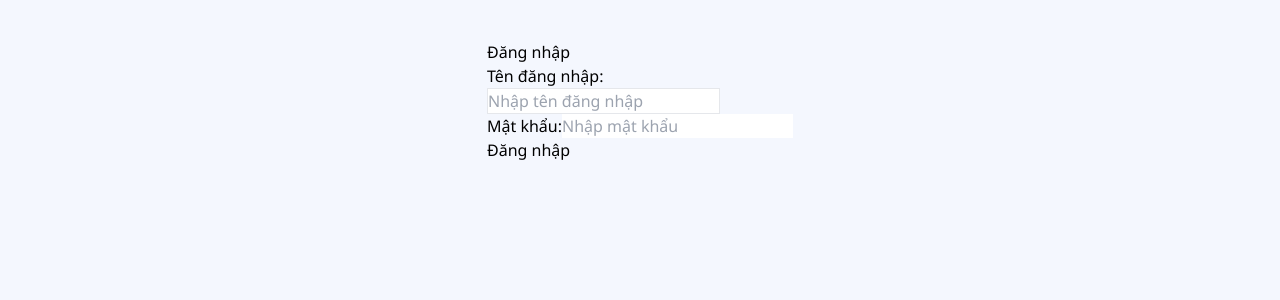
Repository: phuc258/BTVN03-REACT03
Page: /login
An editor plug-in stored every save of this project. The page is shown before and after the next save, followed by the edit.
The browser window is 1280 px wide. The pictures show the whole page.
The project was rebuilt for these pictures with package versions that can differ from the ones it lists, and the page was loaded fresh each time. Also part of the build but not shown: vite.config.ts, src/pages/NotFoundPage.tsx, src/pages/TodoPage.tsx, src/routes/PrivateRoute.tsx.

Above is the page before, as saved 2026-01-18 23:43:10.

### index.html
<!doctype html>
<html lang="en">
  <head>
    <meta charset="UTF-8" />
    <link rel="icon" type="image/svg+xml" href="/vite.svg" />
    <meta name="viewport" content="width=device-width, initial-scale=1.0" />
    <title>btvn03-react-typescript</title>
  </head>
  <body>
    <div id="root"></div>
    <script type="module" src="/src/main.tsx"></script>
  </body>
</html>

### src/App.css
@tailwind base;
@tailwind components;
@tailwind utilities;

* {
    margin: 0;
    padding: 0;
    box-sizing: border-box;
}

body {
    font-family: 'Segoe UI', Helvetica, Arial, sans-serif;
    background-color: #f4f7fe;
    display: flex;
    justify-content: center;
    align-items: flex-start;
    min-height: 100vh;
    padding: 40px 20px;
}

.card {
    background: white;
    width: 100%;
    max-width: 400px;
    padding: 2rem;
    border-radius: 12px;
    box-shadow: 0 10px 25px rgba(0, 0, 0, 0.1);
}

.title {
    text-align: center;
    color: #2A8C43;
    margin-bottom: 1.5rem;
    font-size: 24px;
}

.search-container {
    display: flex;
    gap: 8px;
    margin-bottom: 20px;
}

.input-wrapper {
    position: relative;
    flex: 1;
}

.clear-btn {
    position: absolute;
    right: 10px;
    top: 50%;
    transform: translateY(-50%);
    background: none;
    border: none;
    color: #999;
    font-size: 18px;
    cursor: pointer;
    padding: 5px;
    line-height: 1;
}

.clear-btn:hover {
    color: #666;
}

.input-search {
    width: 100%;
    padding: 12px 35px 12px 12px;
    border-radius: 8px;
    border: 1px solid #ddd;
    outline: none;
}

.search-container {
    display: flex;
    gap: 8px;
    margin-bottom: 20px;
}

.search-btn {
    padding: 0 16px;
    background-color: #2A8C43;
    color: white;
    border: none;
    border-radius: 8px;
    font-weight: bold;
    cursor: pointer;
}

.todo-list {
    list-style: none;
}

.todo-item {
    display: flex;
    align-items: center;
    gap: 12px;
    padding: 12px 0;
    border-bottom: 1px solid #eee;
}

.todo-item input[type="checkbox"] {
    width: 18px;
    height: 18px;
    cursor: pointer;
    accent-color: #2A8C43;
}

.todo-item span {
    font-size: 16px;
    color: #333;
    cursor: pointer;
}

.todo-item span.done {
    text-decoration: line-through;
    color: #a0aec0;
}

### src/App.tsx
import "./App.css";
import { TodoProvider } from "./context/TodoContext";
import MainRoute from "./routes/MainRoute";

function App() {
  return (
    <TodoProvider>
      <MainRoute />
    </TodoProvider>
  );
}

export default App;

### src/context/TodoContext.tsx
import { createContext, useContext, useState, type ReactNode } from "react";
import type { TodoContextType } from "../interfaces/ITodoContextType";
import type { Todo } from "../interfaces/ITodo";

export const TodoContext = createContext<TodoContextType | undefined>(undefined);

// TodoProvider
export function TodoProvider({ children }: { children: ReactNode }) {
    const initialData: Todo[] = [
        { "name": "Xem phim", "status": false, "id": "1" },
        { "name": "Ngủ sớm", "status": false, "id": "2" },
        { "name": "Học tiếng Anh", "status": false, "id": "3" },
        { "name": "Check mail công việc", "status": false, "id": "4" }
    ];

    const [todos, setTodos] = useState<Todo[]>(initialData);
    const [searchItem, setSearchItem] = useState("");

    const handleToggle = (id: string) => {
        setTodos(prev => prev.map(
            t => t.id === id ? { ...t, status: !t.status } : t
        ))
    }

    return (
        <TodoContext.Provider value={{ todos, searchItem, setSearchItem, handleToggle }}>
            {children}
        </TodoContext.Provider>
    )
}

export const useTodo = () => {
    const context = useContext(TodoContext);
    if (!context)
        throw new Error("useTodo phải nằm trong TodoProvider");
    return context;
}

### src/routes/MainRoute.tsx
import { BrowserRouter, Routes, Route, Navigate } from "react-router-dom";
import React from "react";

import NotFoundPage from "../pages/NotFoundPage";
import TodoPage from "../pages/TodoPage";
import LoginPage from "../pages/LoginPage";
import PrivateRoute from "./PrivateRoute";

const MainRoute: React.FC = () => {
    return (
        <BrowserRouter>
            <Routes>
                <Route element={<PrivateRoute />}>
                    <Route path="/todo" element={<TodoPage />} />
                </Route>
                <Route path="/login" element={<LoginPage />} />
                <Route path="/" element={<Navigate to="/login" replace />} />
                <Route path="*" element={<NotFoundPage />} />
            </Routes>
        </BrowserRouter>
    );
};

export default MainRoute;

### src/pages/LoginPage.tsx
import React, { useState } from "react";
import { useNavigate } from "react-router-dom";

const LoginPage: React.FC = () => {
    const [username, setUsername] = useState("");
    const [password, setPassword] = useState("");
    const [error, setError] = useState("");
    const navigate = useNavigate();

    const handleSubmit = (e: React.FormEvent) => {
        e.preventDefault();

        if (username === "admin" && password === "1") {
            localStorage.setItem("isLoggedIn", "true");
            navigate("/todo");
        } else {
            setError("Tên đăng nhập hoặc mật khẩu không đúng!");
        }
    };

    return (
        <div className="">
            <h1>Đăng nhập</h1>
            <form onSubmit={handleSubmit}>
                <div>
                    <label>Tên đăng nhập:</label><br></br>
                    <input
                        className="border"
                        type="text"
                        placeholder="Nhập tên đăng nhập"
                        value={username}
                        onChange={(e) => setUsername(e.target.value)}
                    />
                </div>
                <div>
                    <label>Mật khẩu:</label>
                    <input
                        type="password"
                        placeholder="Nhập mật khẩu"
                        value={password}
                        onChange={(e) => setPassword(e.target.value)}
                    />
                </div>
                {error && <p style={{ color: "red" }}>{error}</p>}
                <button type="submit">Đăng nhập</button>
            </form>
        </div>
    );
};

export default LoginPage;

Loaded but not shown: src/main.tsx (common file); tailwind.config.js (common file)

After the next save:
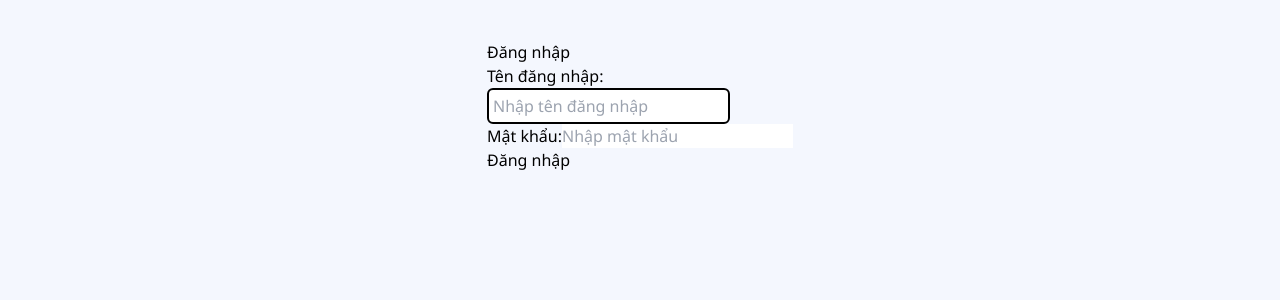
Saved 4 s later.
--- a/src/pages/LoginPage.tsx
+++ b/src/pages/LoginPage.tsx
@@ -25,7 +25,7 @@ const LoginPage: React.FC = () => {
                 <div>
                     <label>Tên đăng nhập:</label><br></br>
                     <input
-                        className="border"
+                        className="border-black border-2 rounded-md p-1"
                         type="text"
                         placeholder="Nhập tên đăng nhập"
                         value={username}
